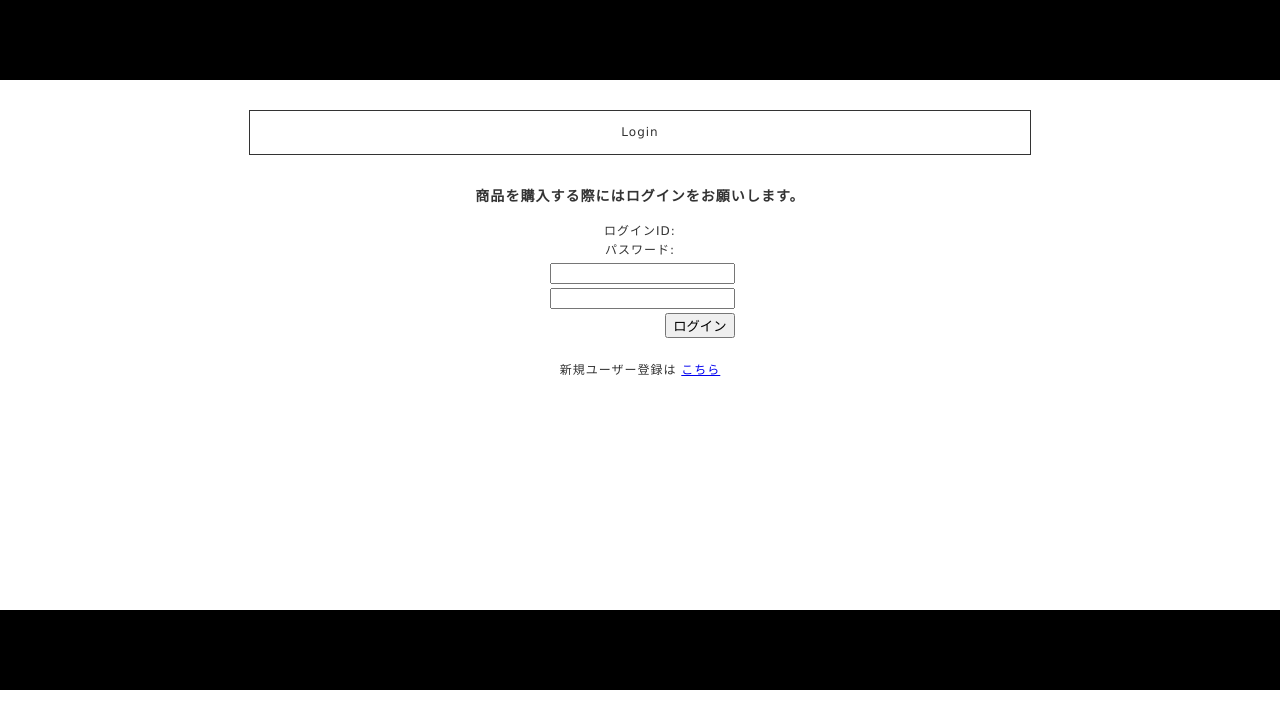
Repository: NoriakiYasumura/test01
Page: http://localhost/template/HomeAction.action
An editor plug-in stored every save of this project. The page is shown before and after the next save, followed by the edit.
The browser window is 1280 px wide. The pictures show the whole page.
The page is served by Tomcat 9.

Above is the page before, as saved 2019-04-05 05:57:46.

After the next save:
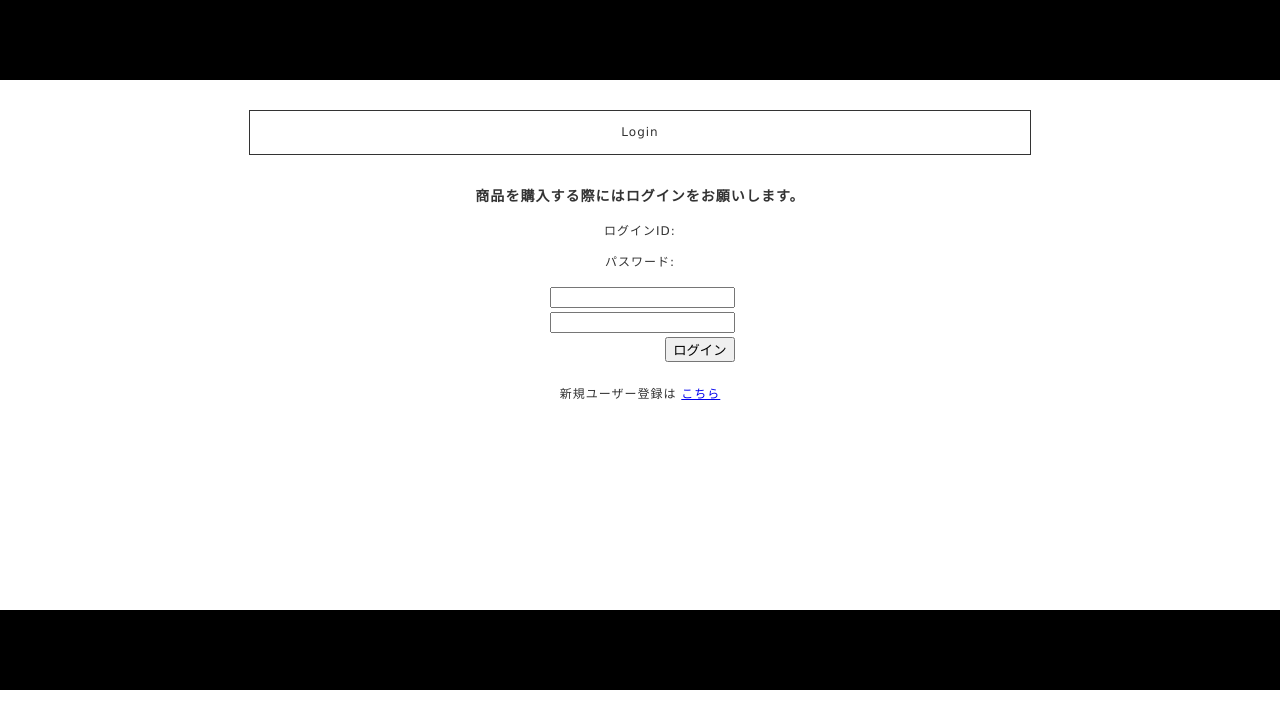
Saved 37 s later.
--- a/template/WebContent/login.jsp
+++ b/template/WebContent/login.jsp
@@ -70,8 +70,8 @@
 			<div>
 				<h3>商品を購入する際にはログインをお願いします。</h3>
 				<s:form action="LoginAction">
-					<div id="block">ログインID:<s:textfield name="loginUserId"/></div>
-					<div id="block">パスワード:<s:password name="loginPassword"/></div>
+					<p>ログインID:<s:textfield name="loginUserId"/></p>
+					<p>パスワード:<s:password name="loginPassword"/></p>
 					<s:submit value="ログイン"/>
 				</s:form>
 				<br/>
